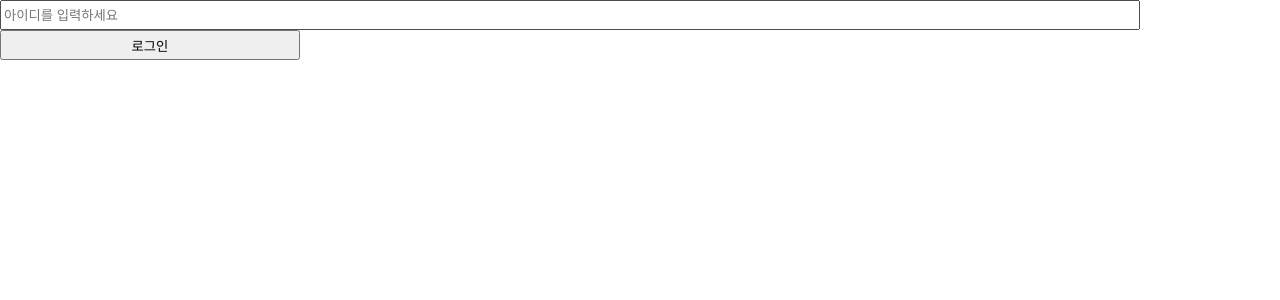
Repository: mekeyace/portfolio
Page: http://localhost/web/mobile.jsp
These files come from the project's save history. The page is drawn as it stood at one moment and after the next save; the edit follows.
The browser window is 1280 px wide. The pictures show the whole page.
The page is served by Tomcat 9.

Above is the page before, as saved 2023-06-22 06:05:23.

After the next save:
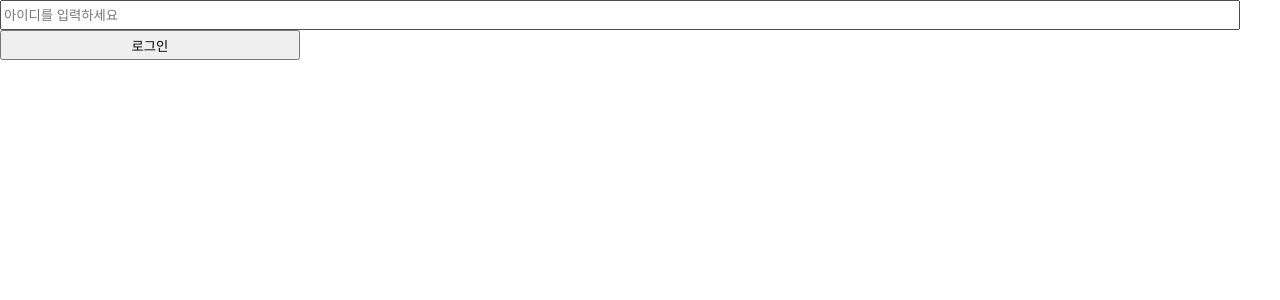
Saved 17 s later.
--- a/maven/web/src/main/webapp/mobile.jsp
+++ b/maven/web/src/main/webapp/mobile.jsp
@@ -16,7 +16,7 @@ padding: 0;
 
 /* 가로크기 :340px  -> Object크기 : 300px */
 .mid {
-width : calc(100% - 140px);
+width : calc(100% - 40px);
 height: 30px;
 box-sizing: border-box;
 }
